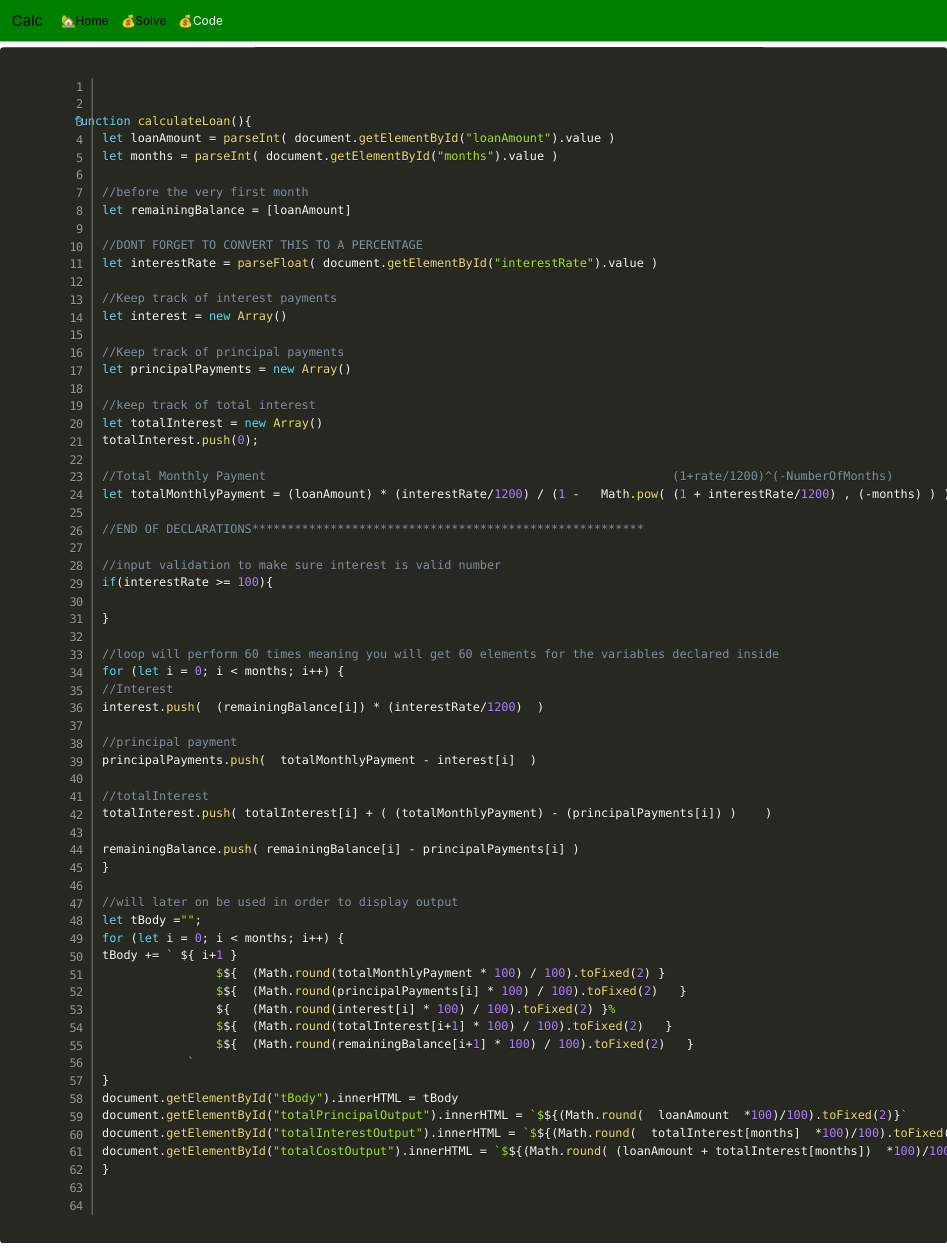
Repository: zhadjah9559/MortgageManager
Page: code.html
An editor plug-in stored every save of this project. The page is shown before and after the next save, followed by the edit.
The browser window is 1280 px wide. The pictures show the whole page, at 74% of full size.

Above is the page before, as saved 2021-01-17 14:20:50.

After the next save:
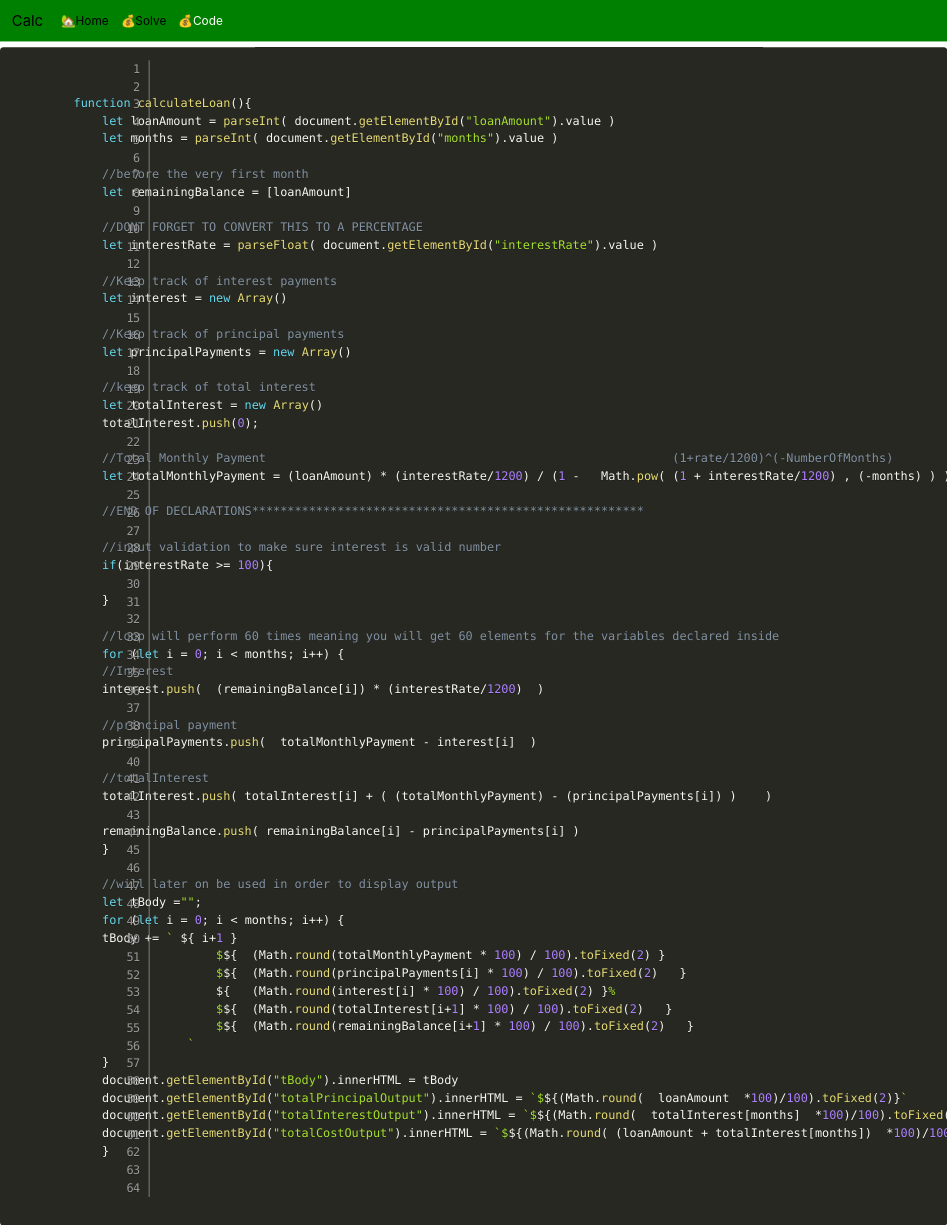
Saved 3 min 20 s later.
--- a/code.html
+++ b/code.html
@@ -32,8 +32,7 @@
         </div>
     </nav>
 
-    <pre class="line-numbers language-javascript">
-        <code class="language-javascript">
+    <pre class="line-numbers language-javascript">                <code class="language-javascript">
 
     function calculateLoan(){
         let loanAmount = parseInt( document.getElementById("loanAmount").value )
